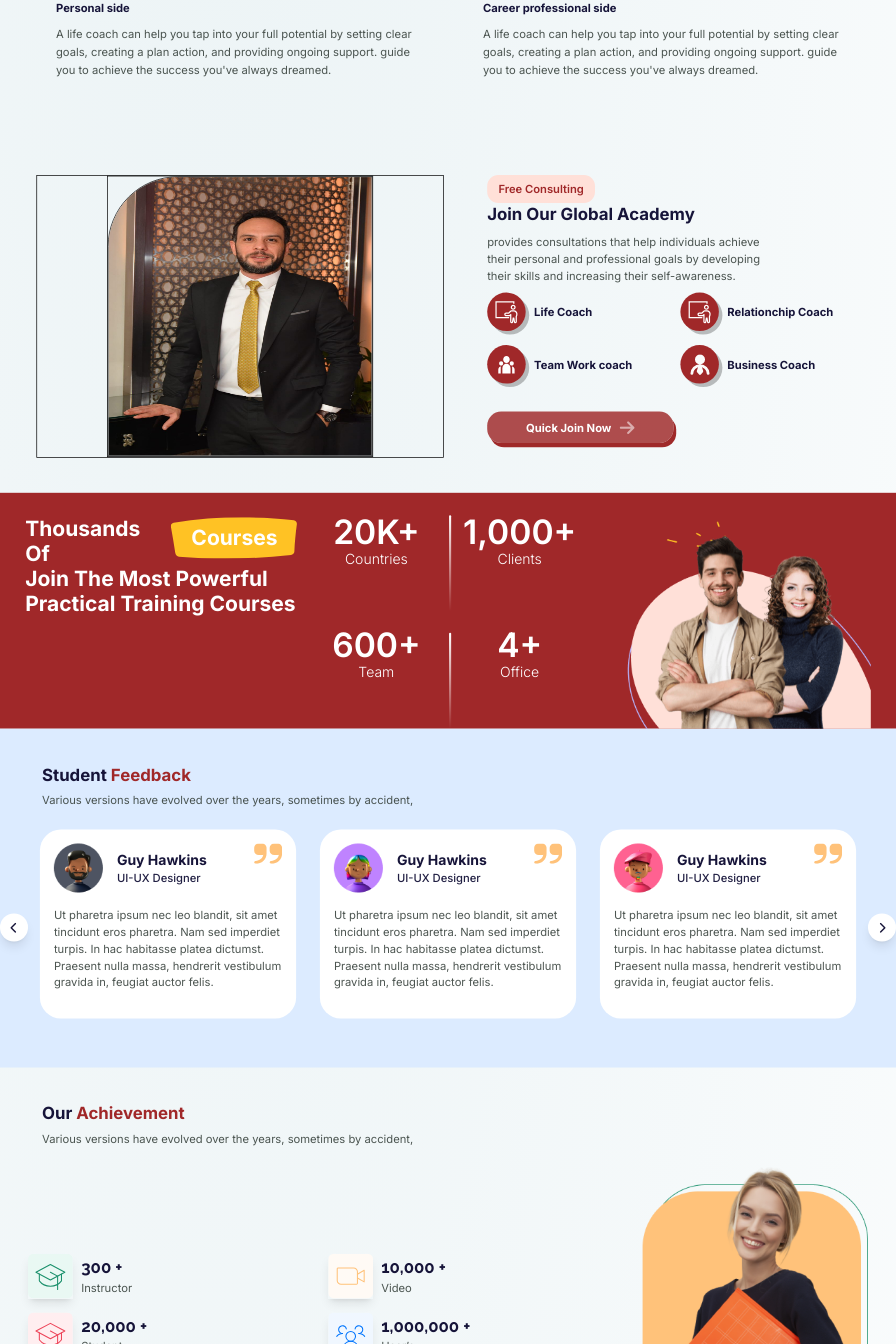
Repository: OmarAhmedEl-hanafy/OT_FRONT
Page: /
The author's editor kept a copy of each file at every save. The page is drawn from the files as they stood at one save, then again after the next save.
The browser window is 1280 px wide. The pictures show the part of the page from y = 2410 to 4330 px (the page is 5581 px tall before and 5579 px after), at 70% of full size.
The page's requests for data from a server got no answer. The project was rebuilt for these pictures with package versions that can differ from the ones it lists, and the page was loaded fresh each time. No one was signed in, and anything a server would have sent is missing. Also part of the build but not shown: vite.config.ts, src/components/Legout/Legout.tsx, src/pages/AboutUs/AboutUs.css, src/pages/AboutUs/Section2.tsx, src/pages/AboutUs/Section3.tsx, src/pages/AboutUs/Section4.css, src/pages/AboutUs/Section4.tsx, src/pages/AboutUs/AboutUs.tsx and 28 more. Imported but missing from the stored project, and not drawn on this page: src/assets/images/video-1.mp4, src/assets/images/video-2.mp4.

Above is the page before, as saved 2024-07-28 17:39:43.

After the next save:
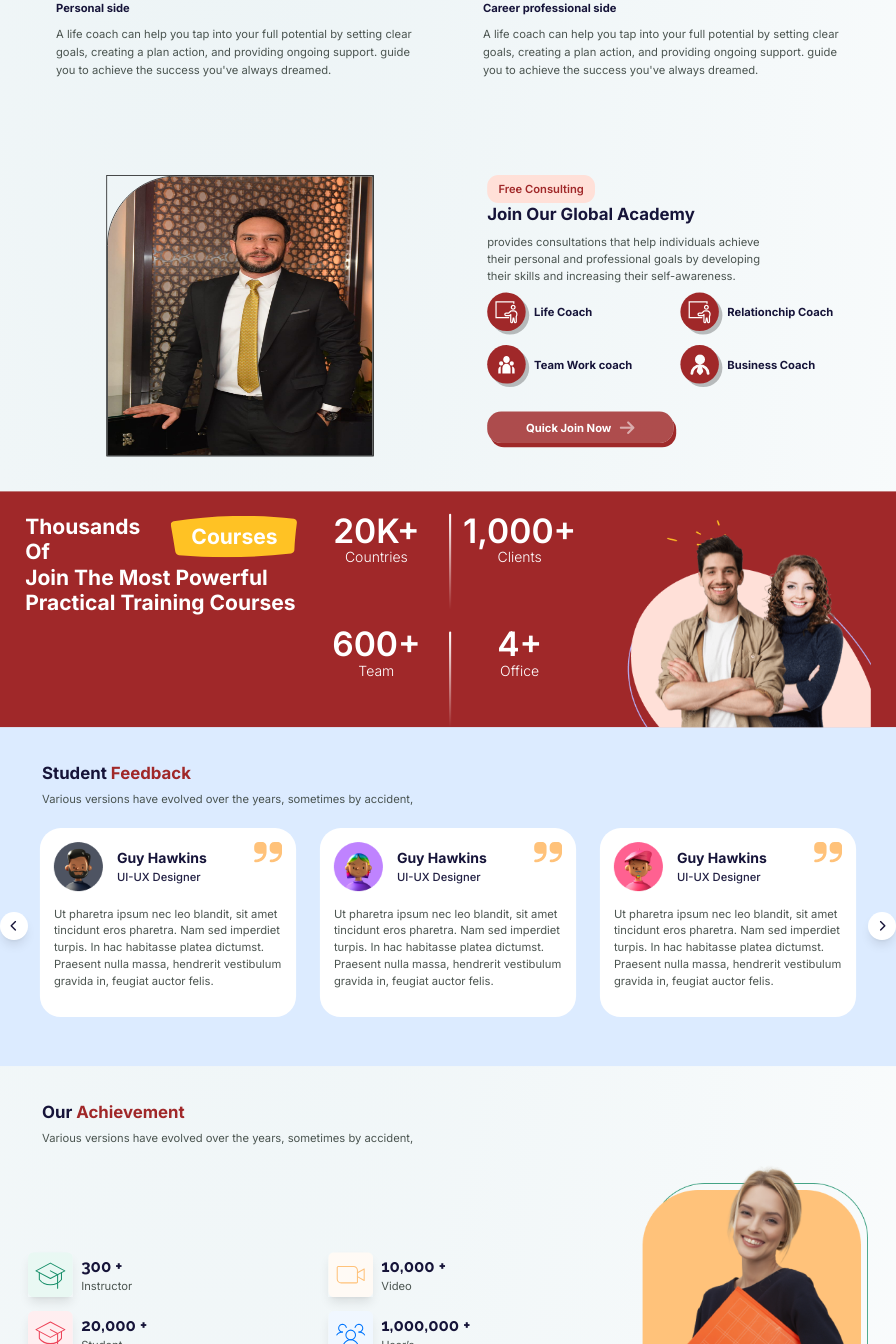
Saved 16 s later.
--- a/src/components/HomeComponents/FreeConsulting.tsx
+++ b/src/components/HomeComponents/FreeConsulting.tsx
@@ -115,7 +115,7 @@ function FreeConsulting() {
     <section className="my-[50px]">
       <div className="container">
         <div className="grid md:grid-cols-2 gap-3 px-3">
-          <div className="px-[100px] border border-black">
+          <div className="px-[100px]">
             {/* <img className="" src={imgCons} alt="Consulting" /> */}
             <div className=" border border-black">
               <img
